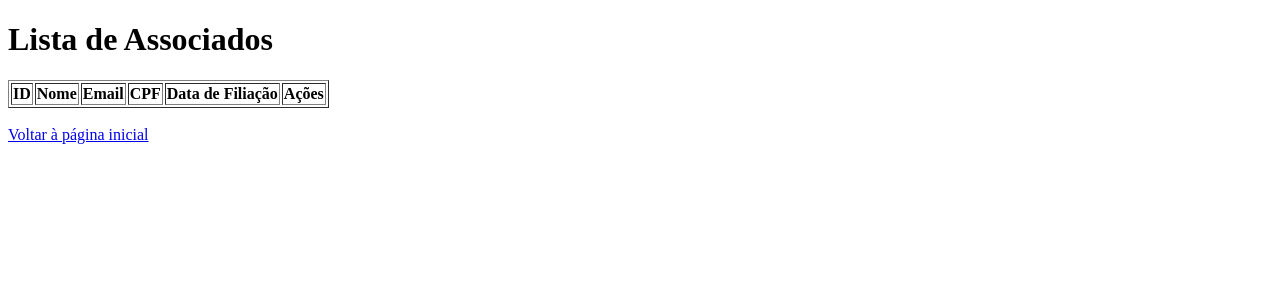
Repository: DiegoCamaraDev/estagioTecnoTech
Page: http://localhost/views/associado/listar.php
These files come from the project's save history. The page is drawn as it stood at one moment and after a run of saves; the edit follows.
The browser window is 1280 px wide. The pictures show the whole page.
The page is run by PHP 8.4 with error messages shown; the project is at /var/www/html/. Queries for data that is not in the repository find no rows.

Above is the page before, as saved 2024-11-05 15:42:30.

After the next 2 saves:
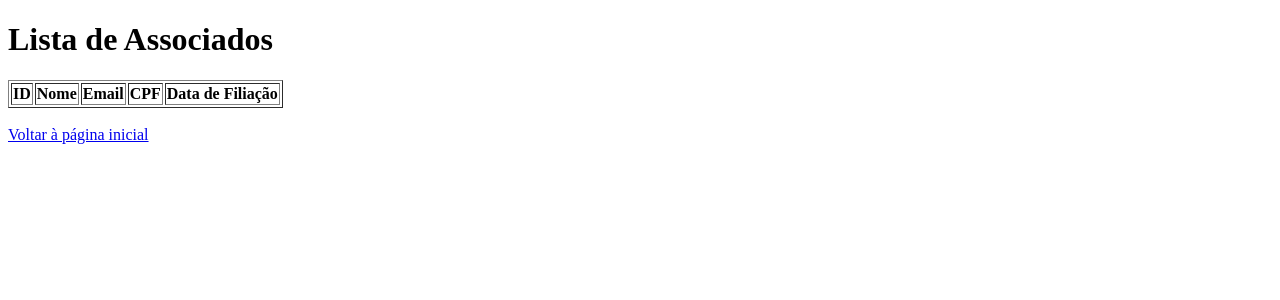
The 2 saves are shown as one change because they came seconds apart.
The last was saved 18 s later.
--- a/views/associado/listar.php
+++ b/views/associado/listar.php
@@ -26,7 +26,6 @@ $associados = $associadoModel->list();
             <th>Email</th>
             <th>CPF</th>
             <th>Data de Filiação</th>
-            <th>Ações</th>
         </tr>
         <?php foreach ($associados as $associado): ?>
             <tr>
